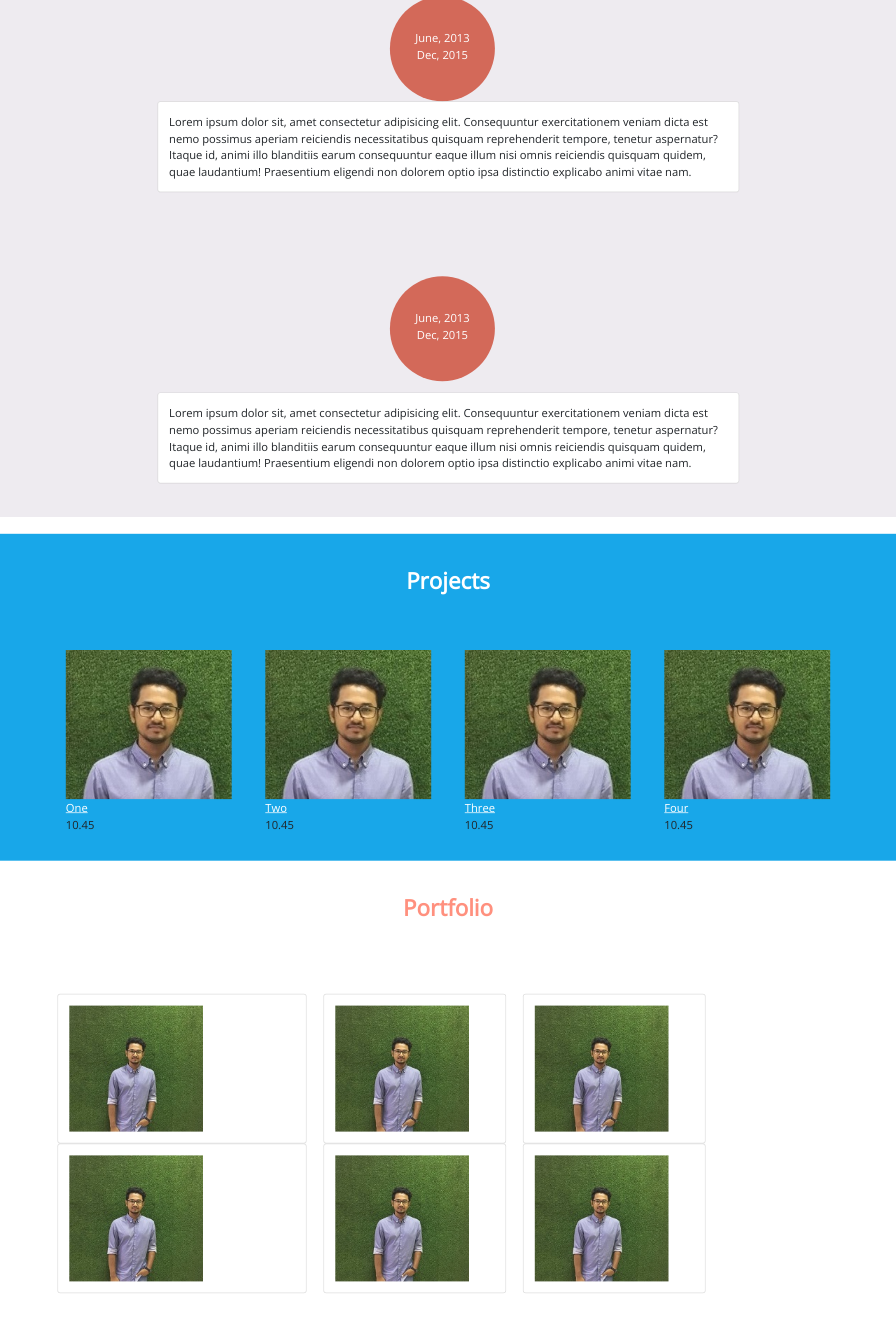
Repository: emowzz/emowzz.github.io
Page: index.html
The author's editor kept a copy of each file at every save. The page is drawn from the files as they stood at one save, then again after the next save.
The browser window is 1280 px wide. The pictures show the part of the page from y = 1461 to 3381 px (the page is 3357 px tall before and 3381 px after), at 70% of full size.
Some web libraries are served in a nearby version.

Above is the page before, as saved 2021-03-17 23:44:36.

After the next save:
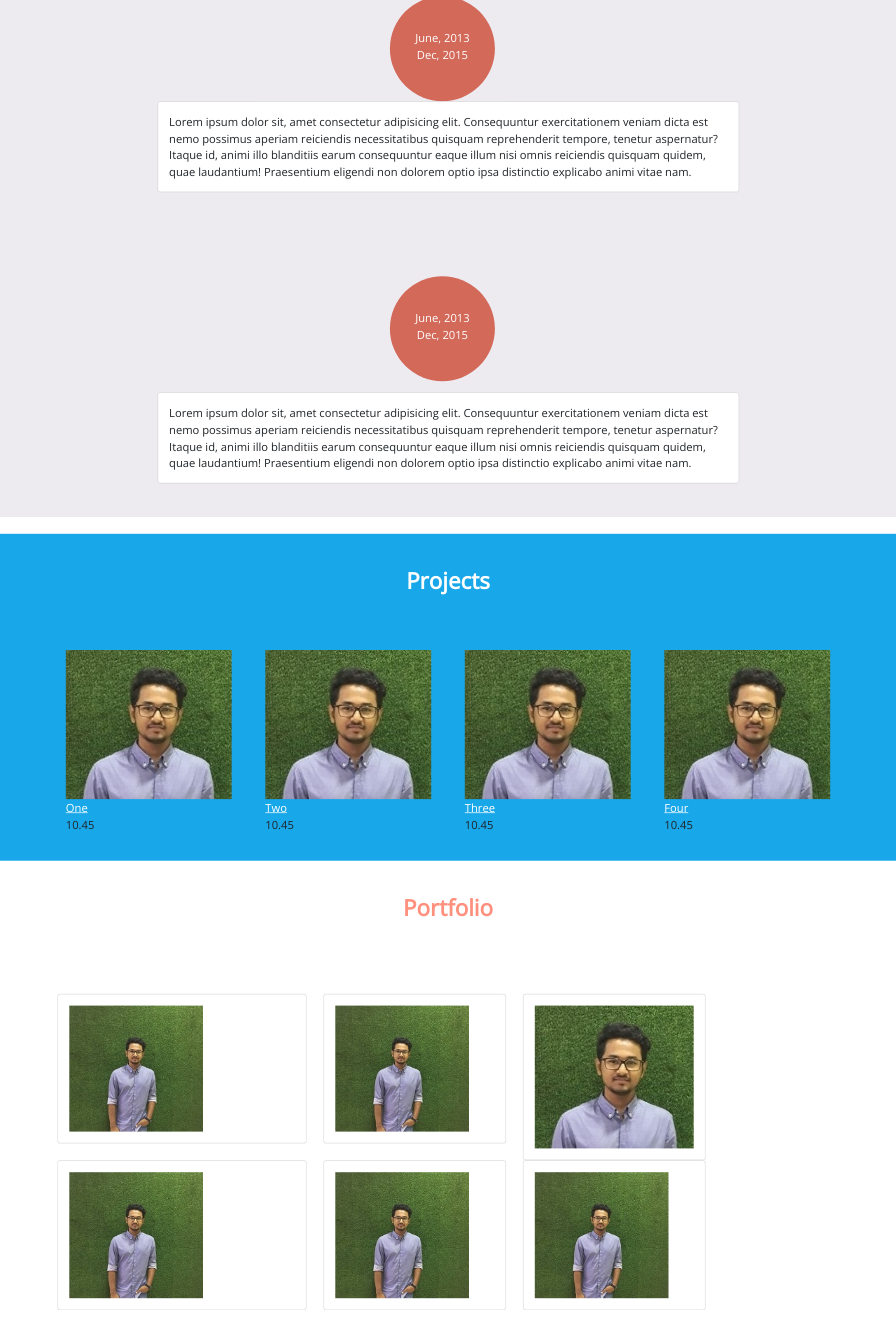
Saved 52 s later.
--- a/index.html
+++ b/index.html
@@ -220,7 +220,7 @@
           <div class="col-md-3">
             <div class="card">
               <div class="card-body">
-                <img src="./Image/myImg.jpg" alt="" class="img-fluid">
+                <img src="./Image/myImgZoom.jpg" alt="" class="img-fluid">
               </div>
             </div>
           </div>
